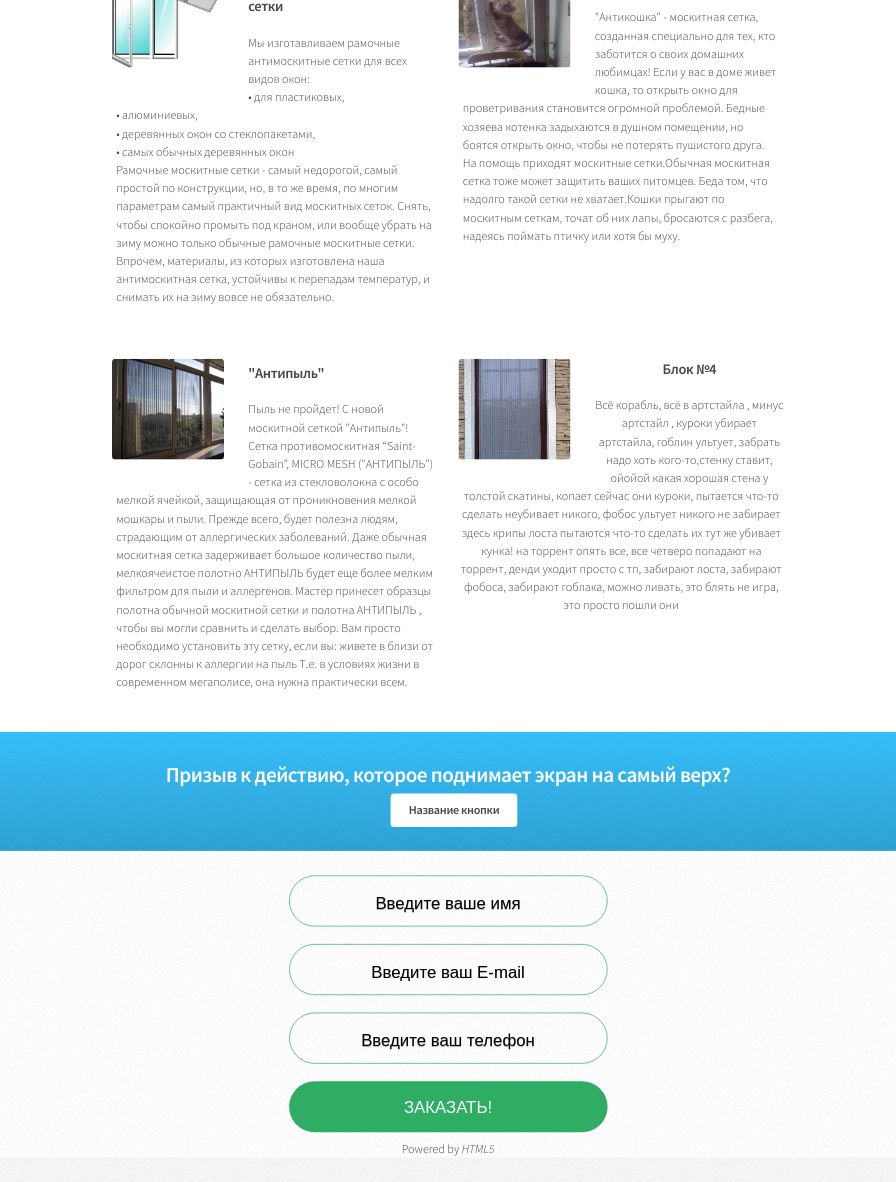
Repository: Dovislive/moskit
Page: index.html
The author's editor kept a record of every edit. The page is drawn from the files as they stood at one moment, then again after the next edit.
The browser window is 1280 px wide. The pictures show the part of the page from y = 1302 to 3222 px (the page is 2990 px tall before and 3222 px after), at 70% of full size.

Above is the page before.

### index.html
<!DOCTYPE HTML>
<!--
	Arcana by HTML5 UP
	html5up.net | @ajlkn
	Free for personal and commercial use under the CCA 3.0 license (html5up.net/license)
-->
<html>
	<head>
		<title>Купить москитные сетки в Астрахани</title>
		<meta charset="utf-8" />
		<meta name="viewport" content="width=device-width, initial-scale=1" />
		<!--[if lte IE 8]><script src="assets/js/ie/html5shiv.js"></script><![endif]-->
		<link rel="stylesheet" href="assets/css/main.css" />
		<!--[if lte IE 8]><link rel="stylesheet" href="assets/css/ie8.css" /><![endif]-->
		<!--[if lte IE 9]><link rel="stylesheet" href="assets/css/ie9.css" /><![endif]-->
	</head>
	<body>
		<div id="page-wrapper">

			<!-- Header -->
				<div id="header">

					<!-- Logo -->
						<h1><a href="index.html" id="logo">Москитные сетки <em>Купить в Астрахани</em></a></h1>

					<!-- Nav -->


			<!-- Banner -->
				<section id="banner">
					<header>
						<h2>Вы моежет заказать замер сеток прямо сейчас!</h2>
						<a href="#app" class="button">Заказать</a>
					</header>
				</section>

			<!-- Highlights -->
				<section class="wrapper style1">
					<div class="container">
						<div class="row 200%">
							<section class="4u 12u(narrower)">
								<div class="box highlight">
									<i class="icon major fa-paper-plane"></i>
									<h3>Большой ассортимент</h3>
									<p>Мы имеем в наличии 4 разных вида москитных сеток. Отличающихся по качеству и ценовой категории.</p>
								</div>
							</section>
							<section class="4u 12u(narrower)">
								<div class="box highlight">
									<i class="icon major fa-pencil"></i>
									<h3>Моментальный прием заказа</h3>
									<p>Мы перезвоним вам в течении первых 10 минут с момента отправки заявки, проведем бесплатную консультацию по выбору подходящего размера и типа сетки.</p>
								</div>
							</section>
							<section class="4u 12u(narrower)">
								<div class="box highlight">
									<i class="icon major fa-wrench"></i>
									<h3>Установка в день заказа</h3>
									<p>Производим установку в день оплаты заказа, в любое удобное для вас время!</p>
								</div>
							</section>
						</div>
					</div>
				</section>

			<!-- Gigantic Heading -->
				<section class="wrapper style2">
					<div class="container">
						<header class="major">
							<h2>В наличии два новых вида москитных сеток!</h2>
							<p>АНТИКОШКА (для защиты домашних животных от выпадения) и АНТИПЫЛЬ (для защиты помещения от пыли и пыльцы растений).</p>
						</header>
					</div>
				</section>

			<!-- Posts -->
				<section class="wrapper style1">
					<div class="container">
						<div class="row">
							<section class="6u 12u(narrower)">

									<a class="image left"><img src="images/pic01.jpg" alt="Рамочные антимоскитные сетки" /></a>
									<div class="boxes">
										<h3>Рамочные антимоскитные сетки</h3>
										<p>Мы изготавливаем рамочные антимоскитные сетки для всех видов окон:<br>
• для пластиковых, <br>
• алюминиевых, <br>
• деревянных окон со стеклопакетами,<br>
• самых обычных деревянных окон<br>
Рамочные москитные сетки - самый недорогой, самый простой по конструкции, но, в то же время, по многим параметрам самый практичный вид москитных сеток. Снять, чтобы спокойно промыть под краном, или вообще убрать на зиму можно только обычные рамочные москитные сетки. Впрочем, материалы, из которых изготовлена наша антимоскитная сетка, устойчивы к перепадам температур, и снимать их на зиму вовсе не обязательно.</p>
									</div>

							</section>
							<section class="6u 12u(narrower)">

									<a class="image left"><img src="images/pic02.jpg" alt=""Антикошка" ("pet screen")" /></a>
									<div class="boxes">
										<h3>"Антикошка" ("pet screen")</h3>
										<p>"Антикошка" - москитная сетка, созданная специально для тех, кто заботится о своих домашних любимцах! Если у вас в доме живет кошка, то открыть окно для проветривания становится огромной проблемой. Бедные хозяева котенка задыхаются в душном помещении, но боятся открыть окно, чтобы не потерять пушистого друга. На помощь приходят москитные сетки.Обычная москитная сетка тоже может защитить ваших питомцев. Беда том, что надолго такой сетки не хватает.Кошки прыгают по москитным сеткам, точат об них лапы, бросаются с разбега, надеясь поймать птичку или хотя бы муху.</p>
									</div>

							</section>
						</div>
						<div class="row">
							<section class="6u 12u(narrower)">

									<a class="image left"><img src="images/pic03.jpg" alt="Антипыль" /></a>
									<div class="boxes">
										<h3>"Антипыль"</h3>
										<p>Пыль не пройдет! С новой москитной сеткой "Антипыль"!<br>
Сетка противомоскитная “Saint-Gobain”, MICRO MESH ("АНТИПЫЛЬ") - сетка из стекловолокна с особо мелкой ячейкой, защищающая от проникновения мелкой мошкары и пыли.
Прежде всего, будет полезна людям, страдающим от аллергических заболеваний. Даже обычная москитная сетка задерживает большое количество пыли, мелкоячеистое полотно АНТИПЫЛЬ будет еще более мелким фильтром для пыли и аллергенов.
Мастер принесет образцы полотна обычной москитной сетки и полотна АНТИПЫЛЬ , чтобы вы могли сравнить и сделать выбор.
Вам просто необходимо установить эту сетку, если вы:
живете в близи от дорог
склонны к аллергии на пыль
Т.е. в условиях жизни в современном мегаполисе, она нужна практически всем.</p>
									</div>

							</section>
							<section class="6u 12u(narrower)">

									<a class="image left"><img src="images/pic04.jpg" alt="Солнцезащитные москитные сетки" /></a>
									<div class="inner">
										<h3>Блок №4</h3>
										<p>Всё корабль, всё в артстайла , минус артстайл , куроки убирает артстайла, гоблин ультует, забрать надо хоть кого-то,стенку ставит, ойойой какая хорошая стена у толстой скатины, копает сейчас они куроки, пытается что-то сделать неубивает никого, фобос ультует никого не забирает здесь крипы лоста пытаются что-то сделать их тут же убивает кунка! на торрент опять все, все четверо попадают на торрент, денди уходит просто с тп, забирают лоста, забирают фобоса, забирают гоблака, можно ливать, это блять не игра, это просто пошли они </p>
									</div>

							</section>
						</div>
					</div>
				</section>

			<!-- CTA -->
				<section id="cta" class="wrapper style3">
					<div class="container">
						<header>
							<h2>Призыв к действию, которое поднимает экран на самый верх?</h2>
							<a href="#" class="button">Название кнопки</a>
						</header>
					</div>
				</section>

			<!-- Footer -->
			<a name='app'></a>
            <form id="application" action=" application.php" method="POST" name=" application ">
                <input name="name" id="applicationName" maxlength="20" placeholder="Введите ваше имя" required />
                <input name="email" type="email" id="applicationEmail" maxlength="20" placeholder="Введите ваш E-mail" required />
                <input name="telephone" type="Tel" id="applicationTelephone" maxlength="20" placeholder="Введите ваш телефон" required/>
                <button class="applicationButton" type="submit" form="application">Заказать!</button>
            </form>

					<!-- Copyright -->
						<div class="copyright">
							<ul class="menu">
								<li>Powered by <em>HTML5</em></li>
							</ul>
						</div>

				</div>

		</div>

		<!-- Scripts -->
			<script src="assets/js/jquery.min.js"></script>
			<script src="assets/js/jquery.dropotron.min.js"></script>
			<script src="assets/js/skel.min.js"></script>
			<script src="assets/js/util.js"></script>
			<!--[if lte IE 8]><script src="assets/js/ie/respond.min.js"></script><![endif]-->
			<script src="assets/js/main.js"></script>

	</body>
</html>

Loaded but not shown: assets/css/font-awesome.min.css (library); assets/js/jquery.min.js (library); assets/js/jquery.dropotron.min.js (library); assets/js/skel.min.js (library); assets/js/util.js (587 lines, source omitted); assets/js/main.js (86 lines, source omitted); assets/css/main.css (3233 lines, source omitted)

After the next edit:
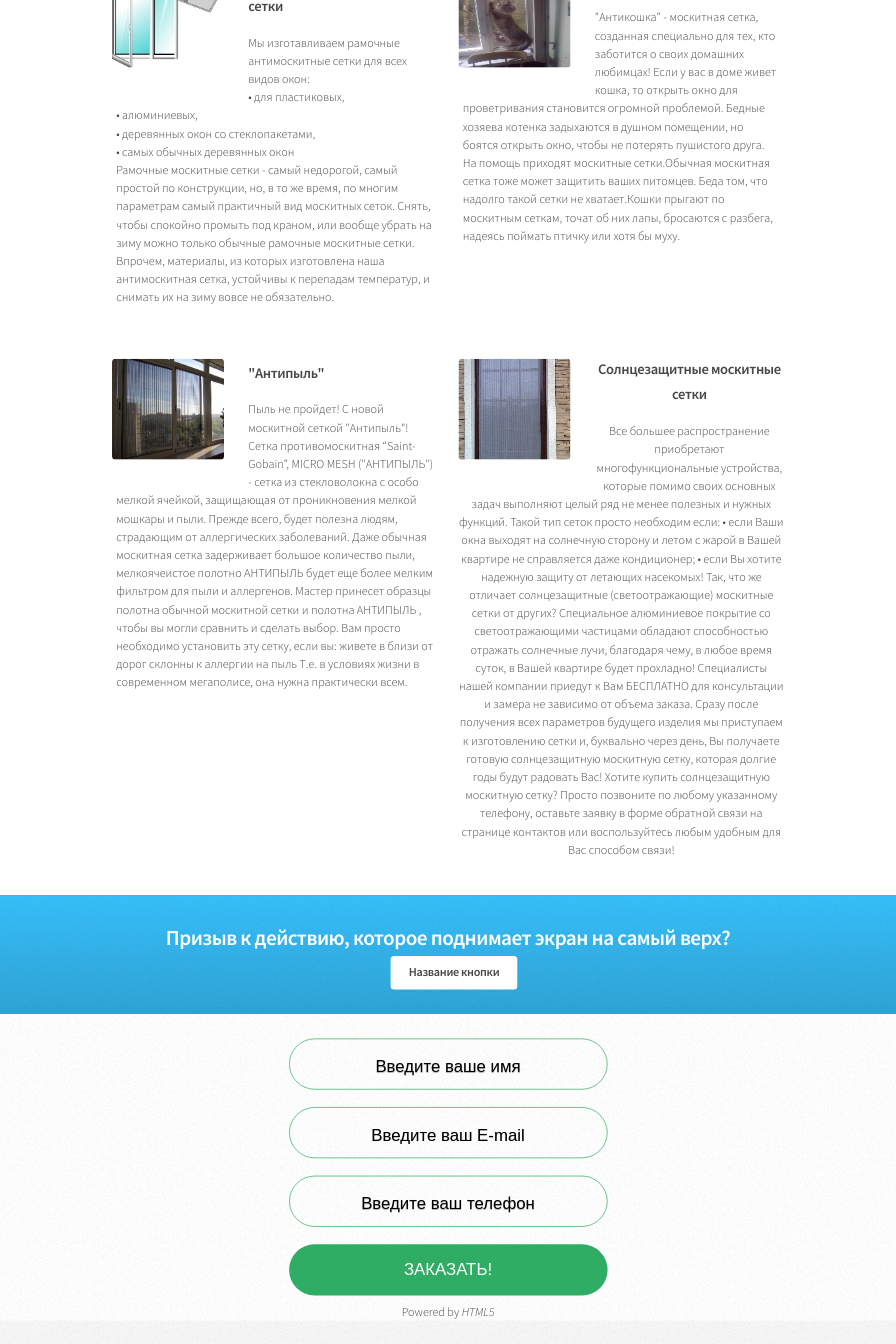
The edit:
--- a/index.html
+++ b/index.html
@@ -122,8 +122,15 @@
 
 									<a class="image left"><img src="images/pic04.jpg" alt="Солнцезащитные москитные сетки" /></a>
 									<div class="inner">
-										<h3>Блок №4</h3>
-										<p>Всё корабль, всё в артстайла , минус артстайл , куроки убирает артстайла, гоблин ультует, забрать надо хоть кого-то,стенку ставит, ойойой какая хорошая стена у толстой скатины, копает сейчас они куроки, пытается что-то сделать неубивает никого, фобос ультует никого не забирает здесь крипы лоста пытаются что-то сделать их тут же убивает кунка! на торрент опять все, все четверо попадают на торрент, денди уходит просто с тп, забирают лоста, забирают фобоса, забирают гоблака, можно ливать, это блять не игра, это просто пошли они </p>
+										<h3>Солнцезащитные москитные сетки</h3>
+										<p>Все большее распространение приобретают многофункциональные устройства, которые помимо своих основных задач выполняют целый ряд не менее полезных и нужных функций.
+Такой тип сеток просто необходим если:
+• если Ваши окна выходят на солнечную сторону и летом с жарой в Вашей квартире не справляется даже кондиционер;
+• если Вы хотите надежную защиту от летающих насекомых!
+Так, что же отличает солнцезащитные (светоотражающие) москитные сетки от других?
+Специальное алюминиевое покрытие со светоотражающими частицами обладают способностью отражать солнечные лучи, благодаря чему, в любое время суток, в Вашей квартире будет прохладно!
+Специалисты нашей компании приедут к Вам БЕСПЛАТНО для консультации и замера не зависимо от объема заказа. Сразу после получения всех параметров будущего изделия мы приступаем к изготовлению сетки и, буквально через день, Вы получаете готовую солнцезащитную москитную сетку, которая долгие годы будут радовать Вас!
+ Хотите купить солнцезащитную москитную сетку? Просто позвоните по любому указанному телефону, оставьте заявку в форме обратной связи на странице контактов или воспользуйтесь любым удобным для Вас способом связи!</p>
 									</div>
 
 							</section>
